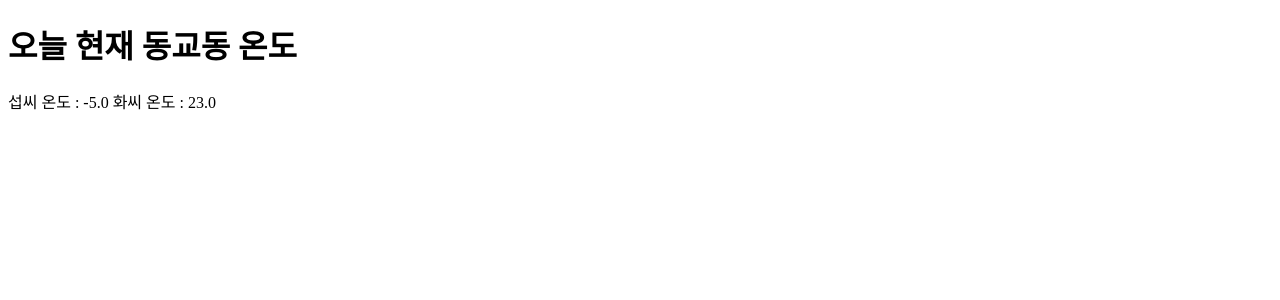
Repository: markahn02050/jsp_practice
Page: http://localhost/JSPBasic/JspTag/TagQ04.jsp
The author's editor kept a copy of each file at every save. The page is drawn from the files as they stood at one save, then again after the next save.
The browser window is 1280 px wide. The pictures show the whole page.
The page is served by Tomcat 9.

Above is the page before, as saved 2022-02-03 02:21:26.

After the next save:
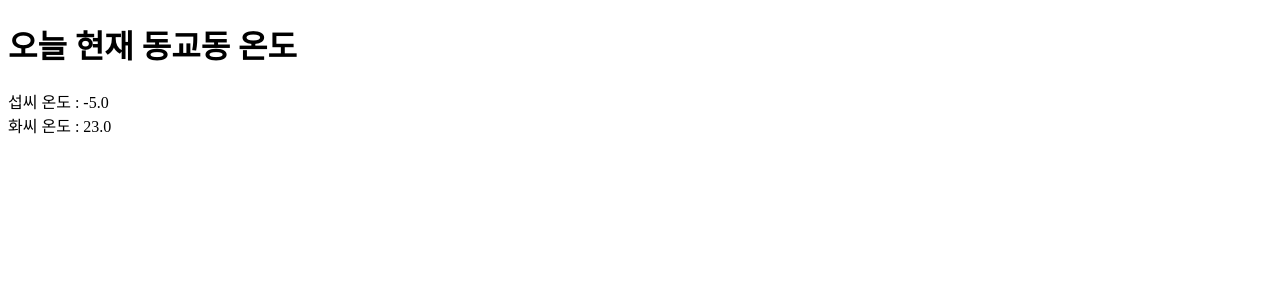
Saved 18 s later.
--- a/JSPBasic/src/main/webapp/JspTag/TagQ04.jsp
+++ b/JSPBasic/src/main/webapp/JspTag/TagQ04.jsp
@@ -22,8 +22,8 @@
 
 	<h1>오늘 현재 동교동 온도</h1>
 
-	섭씨 온도 : <%= celcius %>
-	화씨 온도 : <%= CtoF(celcius) %>
+	섭씨 온도 : <%= celcius %> <br/>
+	화씨 온도 : <%= CtoF(celcius) %> <br/>
 
 </body>
 </html>
